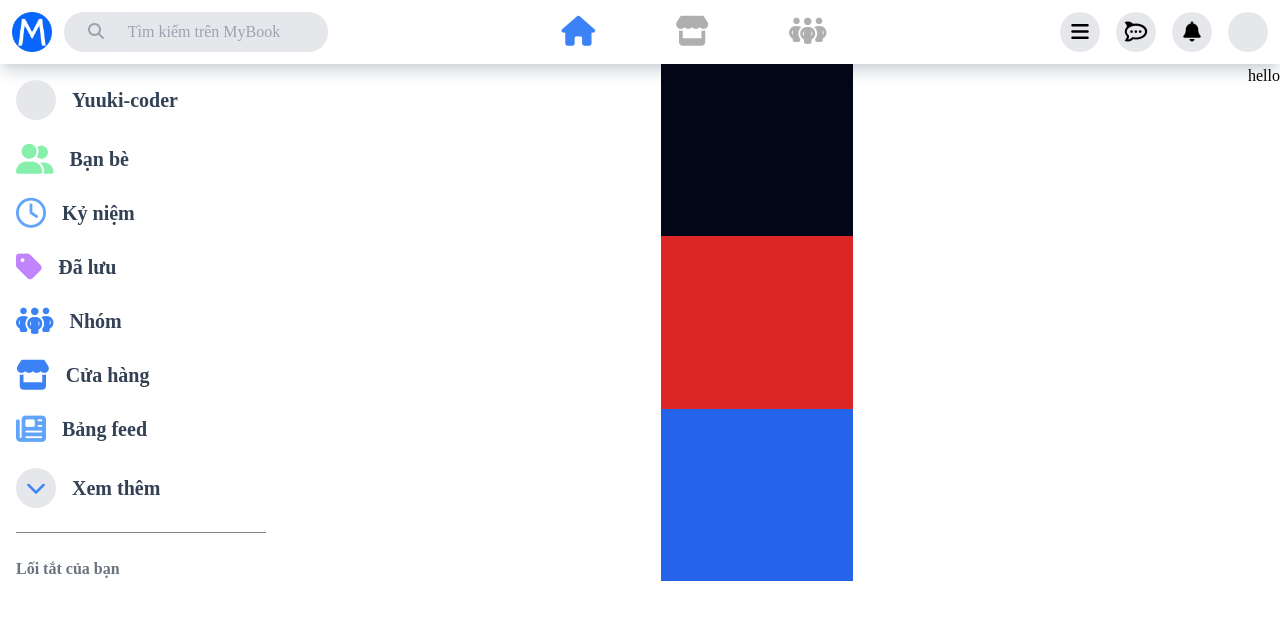
Repository: Yuukicoder/MyBook
Page: / (app in mybook/)
The author's editor kept a copy of each file at every save. The page is drawn from the files as they stood at one save, then again after the next save.
The browser window is 1280 px wide. The pictures show the whole page.
The project was rebuilt for these pictures with package versions that can differ from the ones it lists, and the page was loaded fresh each time.

Above is the page before, as saved 2023-12-14 09:17:15.

After the next save:
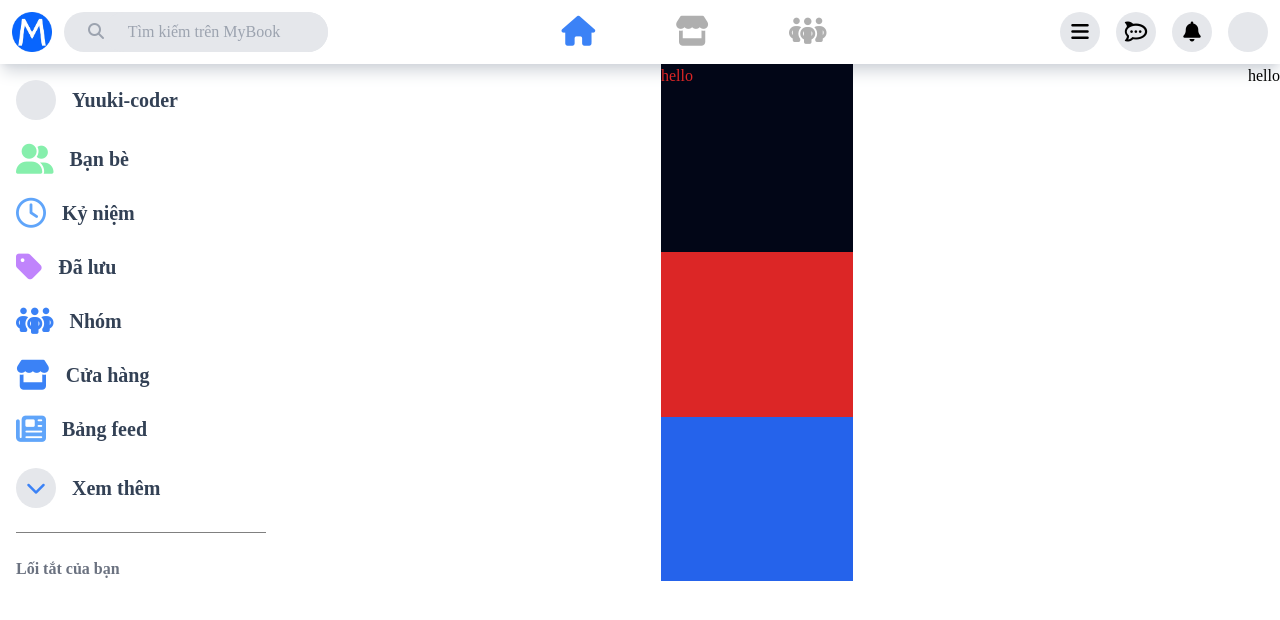
Saved 103 s later.
--- a/mybook/src/News.js
+++ b/mybook/src/News.js
@@ -5,7 +5,7 @@ var News = () =>(
     <div class="grid">
         <div class="News_Story bg-slate-950">
             <div class="Story_Page w-48">
-               {Story_Page}
+                <Story_Page></Story_Page>
             </div>
         </div>
         <div class="News_Tools bg-red-600"></div>
